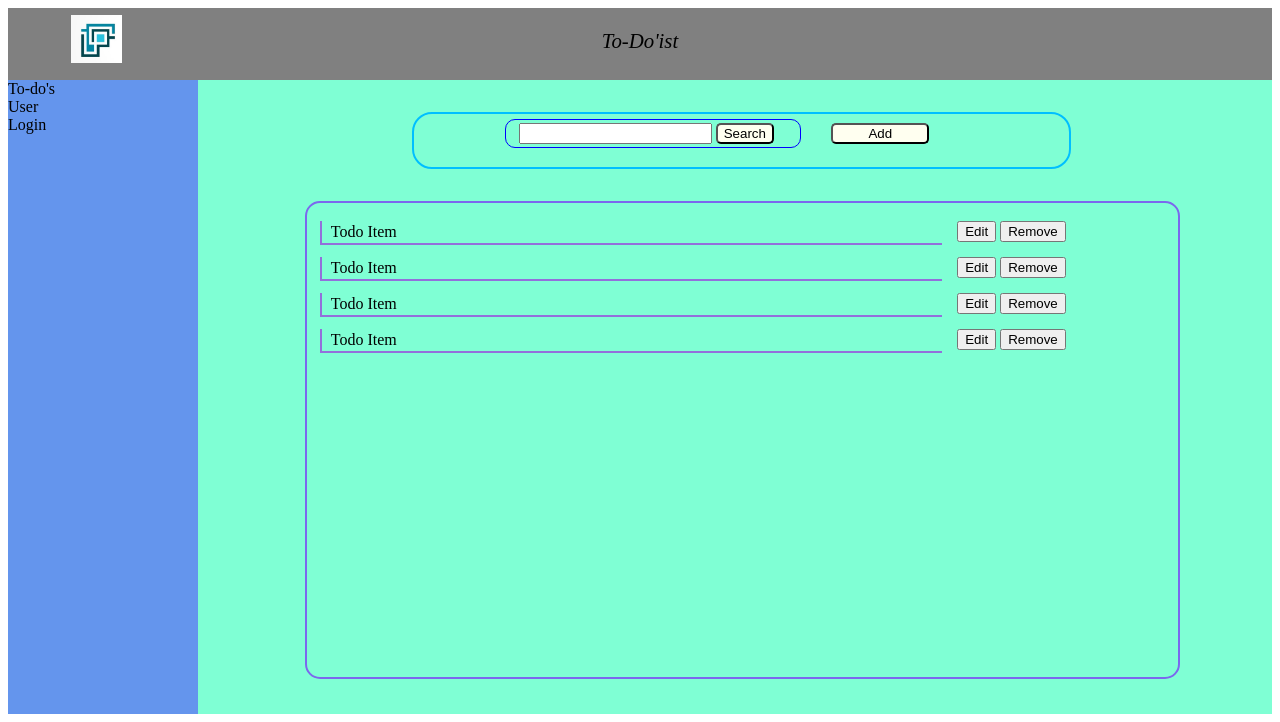
Repository: tavisca-pkadam/Todo-Website
Page: home.html
An editor plug-in stored every save of this project. The page is shown before and after the next save, followed by the edit.
The browser window is 1280 px wide. The pictures show the whole page.

Above is the page before, as saved 2019-08-20 08:35:40.

### home.html
<!DOCTYPE html>
<html>
  <head>
    <meta charset="utf-8" />
    <meta http-equiv="X-UA-Compatible" content="IE=edge" />
    <title>Page Title</title>
    <meta name="viewport" content="width=device-width, initial-scale=1" />
    <link rel="stylesheet" type="text/css" media="screen" href="main.css" />

    <link rel="import" href="components/header.html" />

    <!-- <script src='main.js'></script> -->
  </head>
  <body>
    <div id="head" class="header">
      <img id="company_logo" src="src/logo.jpg" width="5%" />
      <p id="todo_header"><i>To-Do'ist</i></p>
    </div>


    <div id="side_nav">
      <div>
        To-do's
      </div>
      <div>
        User
      </div>
      <div>
        Login
      </div>
    </div>
    <div id="todo_content">
        <div id="todo_content_head">
            <div id="todo_content_search">
                <input type="text" style="padding-right:10px">
                <button class="search_button">Search</button>
            </div>
            <button id="todo_content_add" class="search_button">Add</button>
        </div>
        <div id="todo_list">
            <div class="todo_item">
                <div class="todo_detail">
                        Todo Item
                </div>
                <button class="todo_edit_btn">Edit</button>
                <button>Remove</button>
            </div>
            <div class="todo_item">
                <div class="todo_detail">
                        Todo Item
                </div>
                <button class="todo_edit_btn">Edit</button>
                <button>Remove</button>
            </div>
            <div class="todo_item">
                <div class="todo_detail">
                        Todo Item
                </div>
                <button class="todo_edit_btn">Edit</button>
                <button>Remove</button>
            </div>
            <div class="todo_item">
                <div class="todo_detail">
                        Todo Item
                </div>
                <button class="todo_edit_btn">Edit</button>
                <button>Remove</button>
            </div>
        </div>
    </div>
  </body>
</html>

### main.css
.header {
    background-color:gray;
    position: relative;
    width: 100%;
    height: 10vh;
}

#company_logo {
    position: absolute;
    left: 5%;
    width: 4%;
    margin-top: 1vh;
}

#todo_header {
    font-size: 1.3em;
    font-style: oblique;
    font-stretch: expanded;
    position: absolute;
    width: 100%;
    text-align: center;
    /* right: 45%; */
}

#side_nav {
    position: fixed;
    width: 15%;
    background-color: cornflowerblue;
    height: 88vh;
}

#todo_content {
    position: relative;
    left: 15%;
    width:85%;
    background-color: aquamarine;
    height: 88vh;
}

#todo_content_head {
    border: 1px;
    position: relative;
    /* background-color: deepskyblue; */
    padding: 5px;
    width: 60%;
    height: 6vh;
    border-radius: 20px;
    left: 20%;
    top: 5%;

    border-width: 2px;
    border-style: solid;
    border-color: deepskyblue;
}

.search_button{
    text-align: center;
    background-color: ivory;
    border-radius: 5px;
}

#todo_content_search{
    position: absolute;
    /* background-color: darksalmon; */
    padding: 0.5%;
    margin-left:4%;
    padding-left: 2%;
    padding-right: 4%;
    left: 5vw;
    border-radius: 10px;
    border-width: 1px;
    border-style: solid;
    border-color: blue;

}
#todo_content_add {
    position: absolute;
    background-color: ivory;
    left: 30vw;
    /* top: 10px; */
    width: 15%;
    margin: 4px;
    margin-left: 5%;
}


#todo_list {
    /* background-color: mediumslateblue; */
    position: relative;
    width: 80%;
    left: 10%;
    top: 10%;
    height: 65vh;
    border-radius: 15px;
    padding:3px;
    padding-left: 8px;


    border-width: 2px;
    border-style: solid;
    border-color: mediumslateblue;
}

.todo_item{
    margin:5px;
    margin-top: 15px;
}

.todo_edit_btn{
    margin-left: 75%;
}

.todo_detail{
    width: 70%;

    position: absolute;
    padding: 2px;
    padding-left: 1%;

    border-bottom: 6px solid;
    border-left: 6px solid;
    border-width: 2px;
    border-color: mediumpurple;
    }

After the next save:
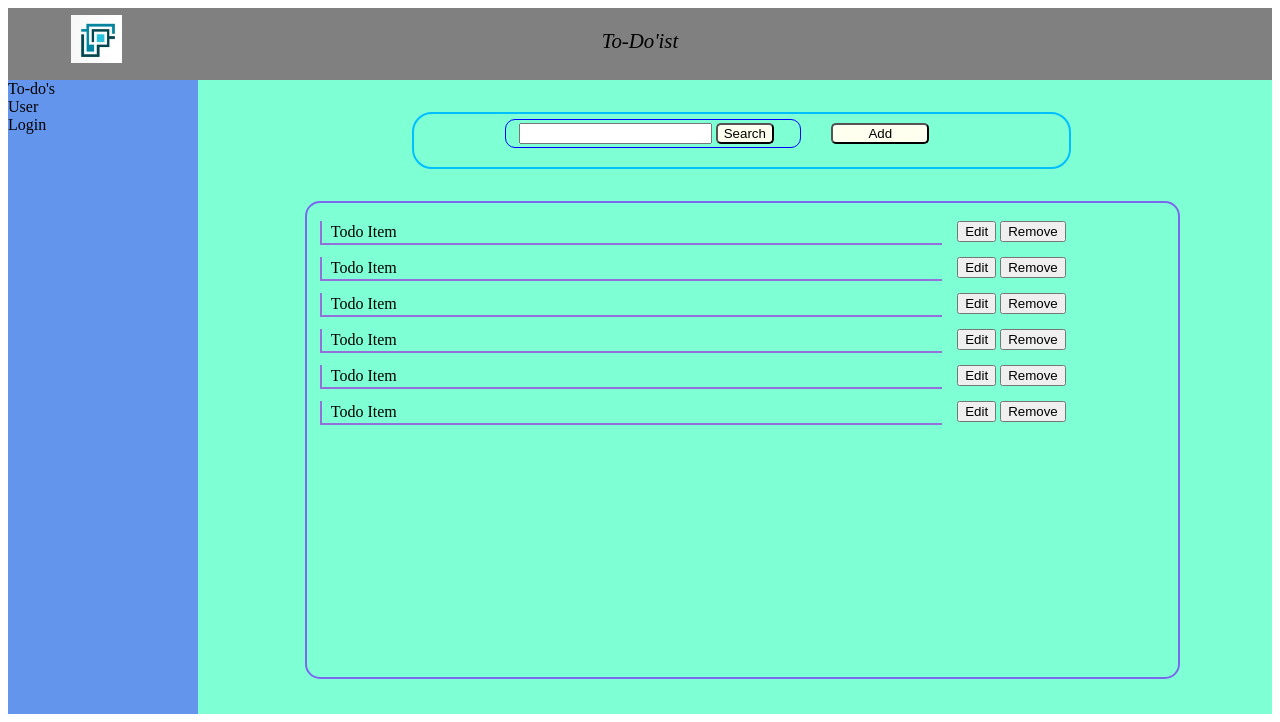
Saved 12 s later.
--- a/home.html
+++ b/home.html
@@ -66,6 +66,20 @@
                 <button class="todo_edit_btn">Edit</button>
                 <button>Remove</button>
             </div>
+            <div class="todo_item">
+                <div class="todo_detail">
+                        Todo Item
+                </div>
+                <button class="todo_edit_btn">Edit</button>
+                <button>Remove</button>
+            </div>
+            <div class="todo_item">
+                <div class="todo_detail">
+                        Todo Item
+                </div>
+                <button class="todo_edit_btn">Edit</button>
+                <button>Remove</button>
+            </div>
         </div>
     </div>
   </body>
